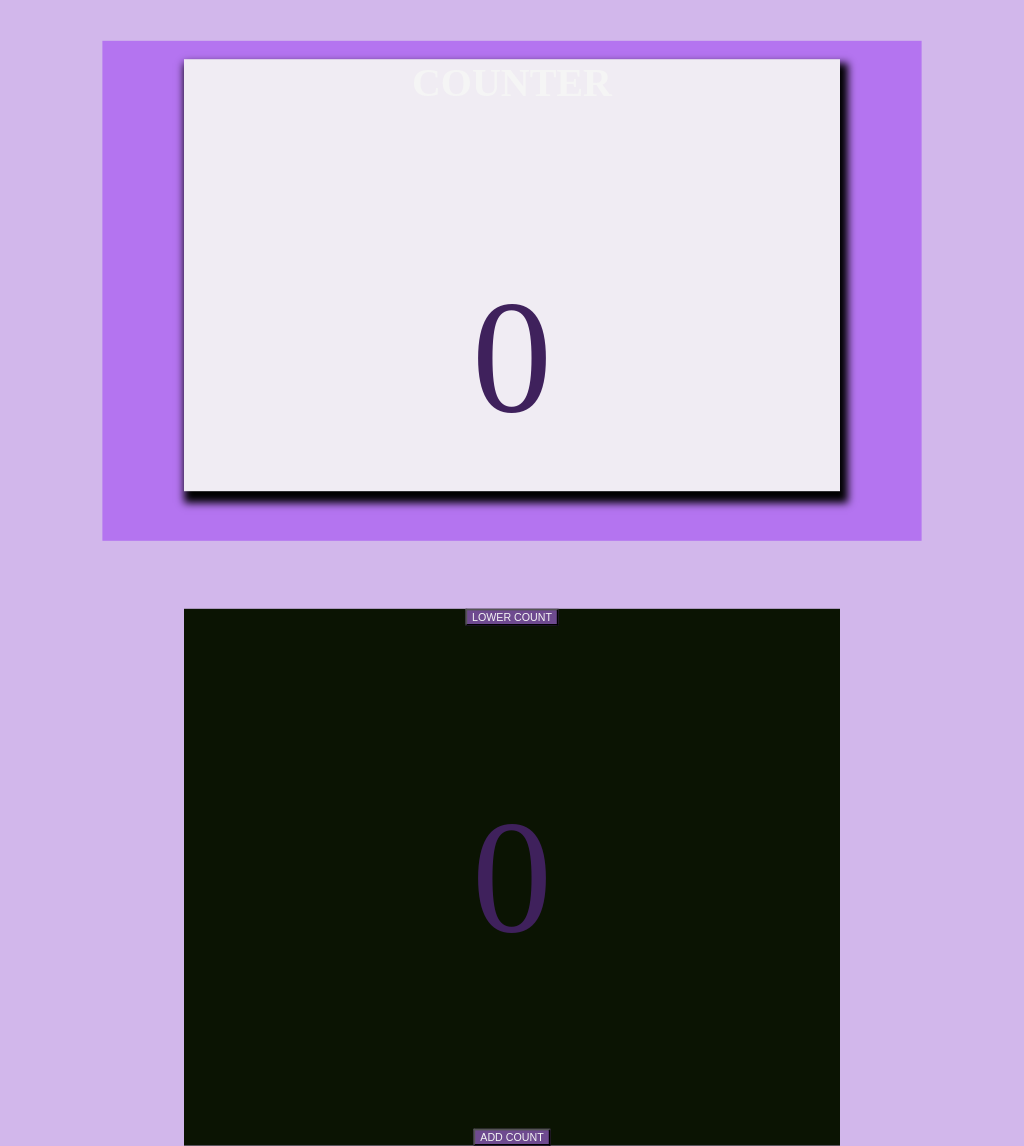
Repository: AnahitKhechumyan/Counter
Page: index.html
These files come from the project's save history. The page is drawn as it stood at one moment and after the next save; the edit follows.
The browser window is 1280 px wide. The pictures show the whole page, at 80% of full size.

Above is the page before, as saved 2022-02-14 20:39:05.
Console error: TypeError: Cannot set properties of null (setting 'innerHTML')

After the next save:
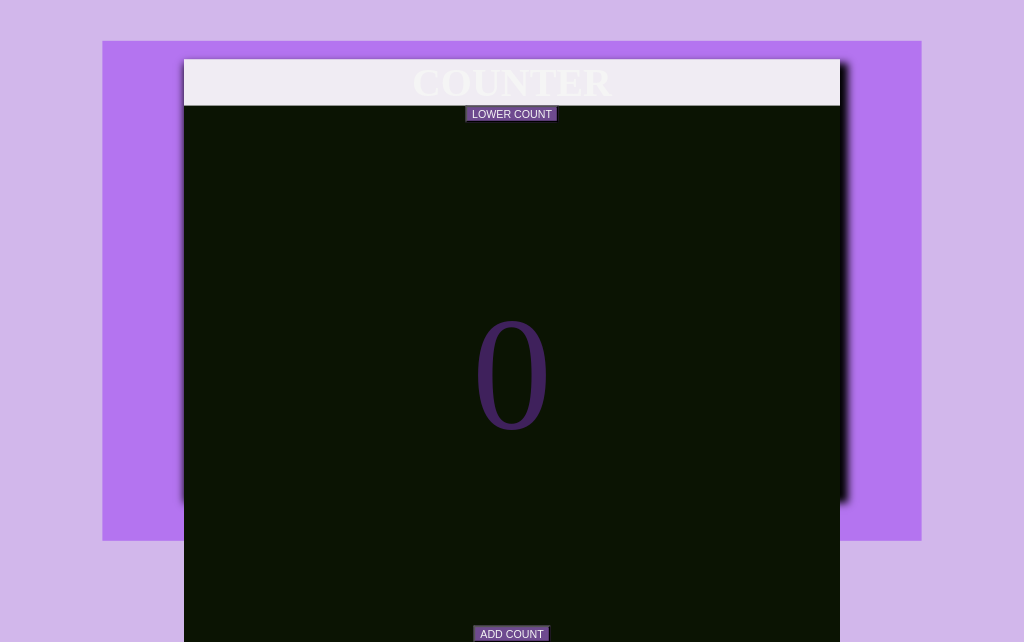
Saved 5 s later.
--- a/index.html
+++ b/index.html
@@ -12,7 +12,7 @@
     <div class="container">
         <div class="main">
             <div class="header">COUNTER</div>
-            <p class= "counter">0</p>
+
             <div class = "change">
                  <button class ="decrement" type="button">LOWER COUNT</button>
                  <p class= "counter">0</p>
